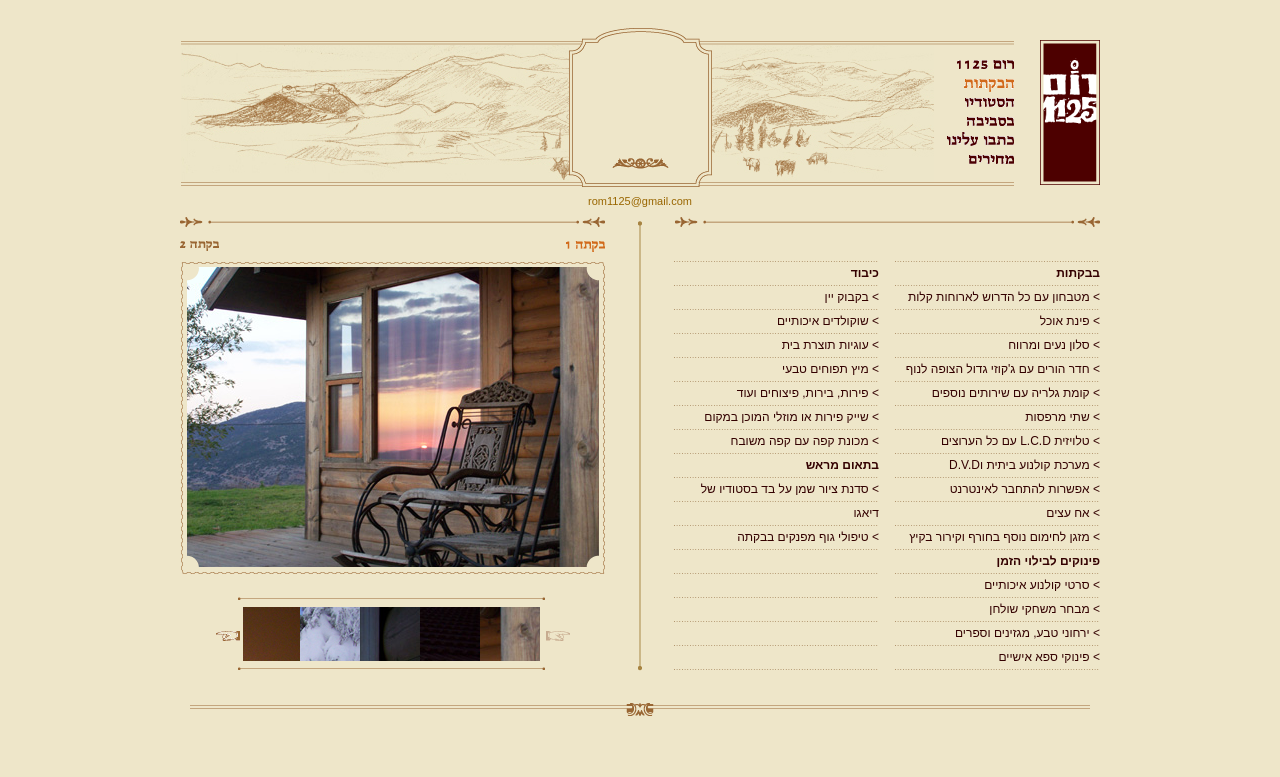
Repository: asafg/rom1125
Page: rom1125/WebContent/huts.html
An editor plug-in stored every save of this project. The page is shown before and after the next save, followed by the edit.
The browser window is 1280 px wide. The pictures show the whole page.

Above is the page before, as saved 2010-06-10 12:44:07.

### rom1125/WebContent/huts.html
<!DOCTYPE html PUBLIC "-//W3C//DTD XHTML 1.1//EN" "http://www.w3.org/TR/xhtml11/DTD/xhtml11.dtd">
<html xmlns="http://www.w3.org/1999/xhtml">

<head>
  <meta http-equiv="Content-Type" content="text/html; charset=utf-8"/>
  <title>רום 1125</title>
  <link rel="stylesheet" href="css/common.css" type="text/css" media="screen"/>
  <link rel="stylesheet" href="css/huts.css" type="text/css" media="screen"/>
  <script src="js/img_gal_cc_compressed.js" type="text/javascript"></script>
  <script type="text/javascript">
  function showHutGallery(hut) {
	  var otherHut = (hut == 1) ? 2 : 1;
	  $('hut' + hut).addClass('active');
	  $('hut' + otherHut).removeClass('active');
	  $('thumbnails_panel' + otherHut).setStyle('display', 'none');
	  $('slideshow' + otherHut).setStyle('display', 'none');
	  $('thumbnails_panel' + hut).setStyle('display', 'block');
	  $('slideshow' + hut).setStyle('display', 'block');
	  if (hut == 2 && hut2ImageGallery == null) {
		  initHut2Gallery();
	  }
  }

  function initHut2Gallery() {
	  hut2ImageGallery = new ImageGallery({
		slides: $$('#slideshow2 img'),
		thumbnails: $$('#thumbnails_wrapper2 img'),
		thumbnailsViewport: 'thumbnails2',
		thumbnailsContainer: 'thumbnails_wrapper2',
		nextThumbnailLink: 'left_arrow2',
		prevThumbnailLink: 'right_arrow2',
		nextThumbnailLinkClass: 'left_arrow',
		prevThumbnailLinkClass: 'right_arrow'});
  }
  </script>
</head>
<body>
<div id="main">
<!-- header -->
<div id="header">
<img id="logo" src="images/logo.png"/>
<div id="header_without_logo"><!-- The part of the header left of the logo -->
<div id="header_top"><img src="images/header_top.png"/></div>
<div id="toolbar_buttons">
<a id="home_link" href="index.html"><img src="images/blank.gif"/></a>
<img src="images/biktot_hl.gif"/>
<a id="studio_link" href="studio.html"><img src="images/blank.gif"/></a>
<a id="env_link" href="env.html"><img src="images/blank.gif"/></a>
<a id="media_link" href="media.html"><img src="images/blank.gif"/></a>
<a id="prices_link" href="prices.html"><img src="images/blank.gif"/></a>
</div><!-- toolbar_buttons -->
<div class="header_image"><img src="images/header_right.jpg"/></div>
<div class="header_image"><img src="images/header_middle.png"/></div>
<div class="header_image"><img src="images/header_left.jpg"/></div>
<div id="header_bottom"><img id="header_bottom_image" src="images/header_bottom.png"/></div>
</div><!-- header_without_logo-->
<div id="email_address_div">
<a href="mailto:rom1125@gmail.com" class="email_address">rom1125@gmail.com</a>
</div><!-- email_address_div -->
</div><!-- header -->
<!-- now for the separators -->
<div id="right_part">
<img src="images/top_horiz_sep.png" class="sep_image"/>
<div id="page_text" class="page_text">
<div id="right_col" class="text_column">
<b>בבקתות</b><br/>
&gt; מטבחון עם כל הדרוש לארוחות קלות<br/>
&gt; פינת אוכל<br/>
&gt; סלון נעים ומרווח<br/>
&gt; חדר הורים עם ג'קוזי גדול הצופה לנוף<br/>
&gt; קומת גלריה עם שירותים נוספים<br/>
&gt; שתי מרפסות<br/>
&gt; טלויזית L.C.D עם כל הערוצים<br/>
&gt; מערכת קולנוע ביתית וD.V.D<br/>
&gt; אפשרות להתחבר לאינטרנט<br/>
&gt; אח עצים<br/>
&gt; מזגן לחימום נוסף בחורף וקירור בקיץ<br/>
<b>פינוקים לבילוי הזמן</b><br/>
&gt; סרטי קולנוע איכותיים<br/>
&gt; מבחר משחקי שולחן<br/>
&gt; ירחוני טבע, מגזינים וספרים<br/>
&gt; פינוקי ספא אישיים<br/>
</div><!-- right_col -->
<div id="columns_spacer"></div>
<div id="left_col" class="text_column">
<b>כיבוד</b><br/>
&gt; בקבוק יין<br/>
&gt; שוקולדים איכותיים<br/>
&gt; עוגיות תוצרת בית<br/>
&gt; מיץ תפוחים טבעי<br/>
&gt; פירות, בירות, פיצוחים ועוד<br/>
&gt; שייק פירות או מוזלי המוכן במקום<br/>
&gt; מכונת קפה עם קפה משובח<br/>
<b>בתאום מראש</b><br/>
&gt; סדנת ציור שמן על בד בסטודיו של דיאגו<br/>
&gt; טיפולי גוף מפנקים בבקתה<br/>
</div><!-- left_col -->
</div><!-- page_text -->
</div><!-- right -->
<div id="vert_sep">
<img src="images/top_ball.png" class="sep_image"/>
<div id="vert_bar"></div>
<img src="images/bottom_ball.png" class="sep_image"/>
</div><!-- vert_sep -->
<div id="left_part">
<img src="images/top_horiz_sep.png" class="sep_image"/>
<div id="hut_links">
	<a href="#" id="hut1" onclick="showHutGallery(1)"><img src="images/blank.gif"/></a>
	<a href="#" id="hut2" onclick="showHutGallery(2)"><img src="images/blank.gif"/></a>
</div>
<div id="photo_frame"><div id="photo_frame_overlay"></div>
<div id="slideshow1">
<img src="images/photos/hut1_1.jpg" alt="השתקפות שקיעה על חלון בקתה 1" title="השתקפות שקיעה על חלון בקתה 1"/>
<img src="images/photos/hut1_2.jpg" alt="שקיעה עם וניל" title="שקיעה עם וניל"/>
<img src="images/photos/hut1_3.jpg" alt="נוף מהמרפסת - עיו קניה" title="נוף מהמרפסת - עיו קניה"/>
<img src="images/photos/hut1_4.jpg" alt="בשלג מכוון המדרגות" title="בשלג מכוון המדרגות"/>
<img src="images/photos/hut1_5.jpg" alt="המרפסת בשלג בלילה" title="המרפסת בשלג בלילה"/>
<img src="images/photos/hut1_6.jpg" alt="זריחה מיוחדת למקדימים להשכים" title="זריחה מיוחדת למקדימים להשכים"/>
<img src="images/photos/hut1_7.jpg" alt="הגפן ובקתה 1 ברקע" title="הגפן ובקתה 1 ברקע"/>
<img src="images/photos/hut1_8.jpg" alt="שקיעה משתקפת על החלון המערבי" title="שקיעה משתקפת על החלון המערבי"/>
<img src="images/photos/hut1_9.jpg" alt="ויטראז' ועץ בחלון" title="ויטראז' ועץ בחלון"/>
<img src="images/photos/hut1_10.jpg" alt="סלון בקתה 1" title="סלון בקתה 1"/>
<img src="images/photos/hut1_11.jpg" alt="הסלון מהאח" title="הסלון מהאח"/>
<img src="images/photos/hut1_12.jpg" alt="חדר שינה ועץ בחלון" title="חדר שינה ועץ בחלון"/>
<img src="images/photos/hut1_13.jpg" alt="מטבח עם קערת פרות" title="מטבח עם קערת פרות"/>
<img src="images/photos/hut1_14.jpg" alt="קערת דובדבנים ומוזלי ברקע הסלון" title="קערת דובדבנים ומוזלי ברקע הסלון"/>
<img src="images/photos/hut1_15.jpg" alt="סלון" title="סלון"/>
<img src="images/photos/hut1_16.jpg" alt="עציץ מלמטה" title="עציץ מלמטה"/>
<img src="images/photos/hut1_17.jpg" alt="קומה עליונה ועץ בחלון" title="קומה עליונה ועץ בחלון"/>
<img src="images/photos/hut1_18.jpg" alt="פינת ישיבה בקומה עליונה" title="פינת ישיבה בקומה עליונה"/>
<img src="images/photos/hut1_19.jpg" alt="נוף ירוק מחלון ג'קוזי 1" title="נוף ירוק מחלון ג'קוזי 1"/>
<img src="images/photos/hut1_20.jpg" alt="ג'קוזי וויטראז' בבקתה 1" title="ג'קוזי וויטראז' בבקתה 1"/>
<img src="images/photos/hut1_21.jpg" alt="בקתה בצללית" title="בקתה בצללית"/>
<img src="images/photos/hut1_22.jpg" alt="שני כיסאות לנוף בשלג" title="שני כיסאות לנוף בשלג"/>
</div><!-- slideshow1 -->
<div id="slideshow2">
<img src="images/photos/photo12.jpg"/>
<img src="images/photos/photo11.jpg"/>
<img src="images/photos/photo12.jpg"/>
<img src="images/photos/photo11.jpg"/>
<img src="images/photos/photo12.jpg"/>
<img src="images/photos/photo11.jpg"/>
</div><!-- slideshow2 -->
</div>
<div id="thumbnails_panel1">
<img id="upper_gallery_strip1" src="images/gallery_strip.png"/>
<div id="thumbnails_toolbar1">
<img id="right_arrow1" src="images/blank.gif" class="right_arrow"/>
<div id="thumbnails1">
<div id="thumbnails_wrapper1">
<div class="thumbnail"><img src="images/photos/hut1_1.jpg" alt="השתקפות שקיעה על חלון בקתה 1" title="השתקפות שקיעה על חלון בקתה 1"/></div>
<div class="thumbnail"><img src="images/photos/hut1_2.jpg" alt="שקיעה עם וניל" title="שקיעה עם וניל"/></div>
<div class="thumbnail"><img src="images/photos/hut1_3.jpg" alt="נוף מהמרפסת - עיו קניה" title="נוף מהמרפסת - עיו קניה"/></div>
<div class="thumbnail"><img src="images/photos/hut1_4.jpg" alt="בשלג מכוון המדרגות" title="בשלג מכוון המדרגות"/></div>
<div class="thumbnail"><img src="images/photos/hut1_5.jpg" alt="המרפסת בשלג בלילה" title="המרפסת בשלג בלילה"/></div>
<div class="thumbnail"><img src="images/photos/hut1_6.jpg" alt="זריחה מיוחדת למקדימים להשכים" title="זריחה מיוחדת למקדימים להשכים"/></div>
<div class="thumbnail"><img src="images/photos/hut1_7.jpg" alt="הגפן ובקתה 1 ברקע" title="הגפן ובקתה 1 ברקע"/></div>
<div class="thumbnail"><img src="images/photos/hut1_8.jpg" alt="שקיעה משתקפת על החלון המערבי" title="שקיעה משתקפת על החלון המערבי"/></div>
<div class="thumbnail"><img src="images/photos/hut1_9.jpg" alt="ויטראז' ועץ בחלון" title="ויטראז' ועץ בחלון"/></div>
<div class="thumbnail"><img src="images/photos/hut1_10.jpg" alt="סלון בקתה 1" title="סלון בקתה 1"/></div>
<div class="thumbnail"><img src="images/photos/hut1_11.jpg" alt="הסלון מהאח" title="הסלון מהאח"/></div>
<div class="thumbnail"><img src="images/photos/hut1_12.jpg" alt="חדר שינה ועץ בחלון" title="חדר שינה ועץ בחלון"/></div>
<div class="thumbnail"><img src="images/photos/hut1_13.jpg" alt="מטבח עם קערת פרות" title="מטבח עם קערת פרות"/></div>
<div class="thumbnail"><img src="images/photos/hut1_14.jpg" alt="קערת דובדבנים ומוזלי ברקע הסלון" title="קערת דובדבנים ומוזלי ברקע הסלון"/></div>
<div class="thumbnail"><img src="images/photos/hut1_15.jpg" alt="סלון" title="סלון"/></div>
<div class="thumbnail"><img src="images/photos/hut1_16.jpg" alt="עציץ מלמטה" title="עציץ מלמטה"/></div>
<div class="thumbnail"><img src="images/photos/hut1_17.jpg" alt="קומה עליונה ועץ בחלון" title="קומה עליונה ועץ בחלון"/></div>
<div class="thumbnail"><img src="images/photos/hut1_18.jpg" alt="פינת ישיבה בקומה עליונה" title="פינת ישיבה בקומה עליונה"/></div>
<div class="thumbnail"><img src="images/photos/hut1_19.jpg" alt="נוף ירוק מחלון ג'קוזי 1" title="נוף ירוק מחלון ג'קוזי 1"/></div>
<div class="thumbnail"><img src="images/photos/hut1_20.jpg" alt="ג'קוזי וויטראז' בבקתה 1" title="ג'קוזי וויטראז' בבקתה 1"/></div>
<div class="thumbnail"><img src="images/photos/hut1_21.jpg" alt="בקתה בצללית" title="בקתה בצללית"/></div>
<div class="thumbnail"><img src="images/photos/hut1_22.jpg" alt="שני כיסאות לנוף בשלג" title="שני כיסאות לנוף בשלג"/></div>

</div><!-- thumbnails_wrapper1 -->
</div><!-- thumbnails1 -->
<img id="left_arrow1" src="images/blank.gif" class="left_arrow"/>
</div><!-- thumbnails_toolbar1 -->
<img id="lower_gallery_strip1" src="images/gallery_strip.png"/>
</div><!-- thumbnails_panel1 -->
<div id="thumbnails_panel2">
<img id="upper_gallery_strip2" src="images/gallery_strip.png"/>
<div id="thumbnails_toolbar2">
<img id="right_arrow2" src="images/blank.gif" class="right_arrow"/>
<div id="thumbnails2">
<div id="thumbnails_wrapper2">
<div class="thumbnail"><img src="images/photos/photo5_small.jpg" class="thumbnail"/></div>
<div class="thumbnail"><img src="images/photos/photo5_small.jpg" class="thumbnail"/></div>
<div class="thumbnail"><img src="images/photos/photo5_small.jpg" class="thumbnail"/></div>
<div class="thumbnail"><img src="images/photos/photo5_small.jpg" class="thumbnail"/></div>
<div class="thumbnail"><img src="images/photos/photo5_small.jpg" class="thumbnail"/></div>
<div class="thumbnail"><img src="images/photos/photo6_small.jpg" class="thumbnail"/></div>
<div class="thumbnail"><img src="images/photos/photo6_small.jpg" class="thumbnail"/></div>
</div><!-- thumbnails_wrapper -->
</div><!-- thumbnails -->
<img id="left_arrow2" src="images/blank.gif" class="left_arrow"/>
</div><!-- thumbnails_toolbar2 -->
<img id="lower_gallery_strip2" src="images/gallery_strip.png"/>
</div><!-- thumbnails_panel2 -->
</div><!-- left -->
<div id="footer">
<img src="images/footer_sep.png" class="sep_image"/>
</div><!-- footer -->
</div><!-- main -->
<script type="text/javascript">
var hut1ImageGallery = new ImageGallery({
	slides: $$('#slideshow1 img'),
	thumbnails: $$('#thumbnails_wrapper1 img'),
	thumbnailsViewport: 'thumbnails1',
	thumbnailsContainer: 'thumbnails_wrapper1',
	nextThumbnailLink: 'left_arrow1',
	prevThumbnailLink: 'right_arrow1',
	nextThumbnailLinkClass: 'left_arrow',
	prevThumbnailLinkClass: 'right_arrow'
});

var hut2ImageGallery = null;

showHutGallery(1);
</script>
</body>
</html>

### rom1125/WebContent/css/common.css
body
{
	background-color: #EEE6C9;
	margin: 0px;
	padding: 0px;
}

#main
{
	width: 1000px;
	height: 750px;
	direction: rtl;
	margin-left: auto;
   	margin-right: auto;
}

/* beginning of header definitions */

#header
{
	margin-top: 27px;
}

#logo
{
	width: 60px;
	margin-top: 13px;
	margin-right: 40px;
	float: right;
}

#header_without_logo
{
	margin-right: 26px;
	margin-top: 1px;
	padding: 0px;
	width: 834px;
	float: right;
}

#header_top
{
	margin: 0px;
	padding: 0px;
	height: 17px;
	float: right;
	display: block;
}

#header_bottom
{
	margin: 0px;
	padding: 0px;
	height: 5px;
	float: right;
	display: block;
}

#header_bottom_image
{
	margin: 0px;
	padding: 0px;
	vertical-align: top;
}

.header_image
{
	margin: 0px;
	padding: 0px;
	height: 137px;
	float: right;
	display: block;
}

#toolbar_buttons
{
	margin-top: 11px;
	margin-left: 13px;
	float: right;
}

#toolbar_buttons img
{
	margin: 0px 0px 2px 0px; width: 67px; height: 17px; padding: 0px; display: block; border-width: 0px;
}

/*toolbar buttons images are set as background images in order to allow rollover effect using css (no javascript) */
#toolbar_buttons a#home_link   img {background: url("../images/rom.gif") top left no-repeat;}
#toolbar_buttons a#huts_link   img {background: url("../images/biktot.gif") top left no-repeat;}
#toolbar_buttons a#studio_link img {background: url("../images/studio.gif") top left no-repeat;}
#toolbar_buttons a#env_link    img {background: url("../images/sviva.gif") top left no-repeat;}
#toolbar_buttons a#media_link  img {background: url("../images/katvu.gif") top left no-repeat;}
#toolbar_buttons a#prices_link img {background: url("../images/mehirim.gif") top left no-repeat;}

#toolbar_buttons a#home_link:hover   img {background: url("../images/rom_hl.gif") top left no-repeat;}
#toolbar_buttons a#huts_link:hover   img {background: url("../images/biktot_hl.gif") top left no-repeat;}
#toolbar_buttons a#studio_link:hover img {background: url("../images/studio_hl.gif") top left no-repeat;}
#toolbar_buttons a#env_link:hover    img {background: url("../images/sviva_hl.gif") top left no-repeat;}
#toolbar_buttons a#media_link:hover  img {background: url("../images/katvu_hl.gif") top left no-repeat;}
#toolbar_buttons a#prices_link:hover img {background: url("../images/mehirim_hl.gif") top left no-repeat;}

#email_address_div
{
	padding-top: 8px;
	margin-left: auto;
    margin-right: auto;
	font-family: arial, sans-serif;
	font-size: 11px;
	display: block;
	text-align: center;
	clear: both;
}

a.email_address:link, a.email_address:active, a.email_address:focus, a.email_address:visited
{
	color: #996600;
	text-decoration: none;
}

a.email_address:hover
{
	color: #CC6600;
	text-decoration: none;
}

/* end of header definitions */

#right_part
{
	width: 425px;
	margin-top: 10px;
	margin-right: 40px;
	float: right;
}

#vert_sep
{
	float: right;
	margin: 14px 33px 0px 33px;
	padding: 0px;
}

#vert_bar
{
	width: 2px;
	height: 440px;
	margin: 0 1px 0 1px;
	background-color: #cbb787;
}

#left_part
{
	width: 425px;
	margin-top: 10px;
	margin-left: 0px;
	float: right;
}

.sep_image
{
	padding: 0;
	display: block;
}

#footer
{
	margin: 0px 50px 0px 50px;
	float: none;
	clear: both;
}

### rom1125/WebContent/css/huts.css
.page_text
{
	float: right;
	width: 426px;
	margin-top: 34px;
	line-height: 200%;
	font-family: arial;
	font-size: 12px;
	color: #330000;
	border: 0px solid red;
}

.text_column
{
	background-image: url("../images/dashed_line.png");
	background-repeat:repeat-y;
	float: right;
	width: 205px;
	height: 409px;
	border: 0px solid black;
}

#columns_spacer
{
	float: right;
	width: 16px;
	height: 409px;
	border: 0px solid green;
}

#hut_links a img {width: 39px; height: 11px; margin: 0px; display: block; border-width: 0px;}

#hut_links
{
	margin-top: 14px;
}

#hut_links a#hut1 img
{
	background: url("../images/hut1.png") top left no-repeat;
	float: right;
}

#hut_links a#hut2 img
{
	background: url("../images/hut2.png") top left no-repeat;
	float: left;
}

#hut_links a#hut1:hover img {background: url("../images/hut1_hl.png") top left no-repeat;}

#hut_links a#hut2:hover img {background: url("../images/hut2_hl.png") top left no-repeat;}

#hut_links a#hut1.active img {background: url("../images/hut1_hl.png") top left no-repeat;}

#hut_links a#hut2.active img {background: url("../images/hut2_hl.png") top left no-repeat;}

#footer
{
	padding-top: 32px;
}

/* image gallery */
#photo_frame
{
	position: relative;
	margin-top: 34px;
	width: 425px;
	height: 313px;
	overflow: hidden;
}

#photo_frame img
{
	padding: 6px 6px 0px 0px;
}

#photo_frame_overlay
{
	position:absolute; top:0; left:0; width: 100%; height: 100%; z-index:998;
	background: url("../images/frame_big.png") no-repeat center;
}

/* hide the slide show of the second hut */
#thumbnails_panel2, #slideshow2
{
	display: none;
}

#thumbnails_panel1, #thumbnails_panel2
{
	margin-top: 11px;
	width: 354px;
}

#upper_gallery_strip1, #upper_gallery_strip2
{
	margin: 12px 60px 7px 0px;
	float: right;
}

#lower_gallery_strip1, #lower_gallery_strip2
{
	margin: 6px 60px 0px 0px;
	float: right;
}

#thumbnails_toolbar1, #thumbnails_toolbar2
{
	margin-right: 35px;
	width: 354px;
}

#right_arrow1, #right_arrow2
{
	width: 24px;
	height: 11px;
	margin: 24px 0px 0px 3px;
	vertical-align: middle;
	clear: both;
	float: right;
	display: block;
	border: 0px;
}

img.right_arrow
{
	background: url("../images/right_arrow.gif") top left no-repeat;
}

img.right_arrow:hover
{
	background: url("../images/right_arrow_hl.gif") top left no-repeat;
}

img.right_arrow_disabled
{
	background: url("../images/right_arrow_da.png") top left no-repeat;
}

#left_arrow1, #left_arrow2
{
	width: 24px;
	height: 11px;
	margin: 24px 3px 0px 0px;
	float: right;
	border: 0px;
}

img.left_arrow
{
	background: url("../images/left_arrow.gif") top left no-repeat;
}

img.left_arrow:hover
{
	background: url("../images/left_arrow_hl.gif") top left no-repeat;
}

img.left_arrow_disabled
{
	background: url("../images/left_arrow_da.png") top left no-repeat;
}

#thumbnails1, #thumbnails2
{
	position: relative;
	width: 300px;
	height: 54px;
	float: right;
	overflow: hidden;
}

#thumbnails_wrapper1, #thumbnails_wrapper2
{
	position: absolute;
	width: 420px;
	height: 54px;
	/*float: right;*/
}

.thumbnail
{
	background: url("../images/frame_small.png") no-repeat center;
	margin-left: 3px;
	margin-right: 3px;
	width: 54px;
	height: 54px;
	float: right;
}

div.thumbnail:hover
{
	background: url("../images/frame_small_hl.png") no-repeat center;
	margin-left: 3px;
	margin-right: 3px;
	width: 54px;
	height: 54px;
	float: right;
}

img.thumbnail
{
	margin: 4px 4px auto;
	width: 46px;
	height: 46px;
	border: 1px black;
}
/* end of image gallery */

Loaded but not shown: rom1125/WebContent/js/img_gal_cc_compressed.js (library)

After the next save:
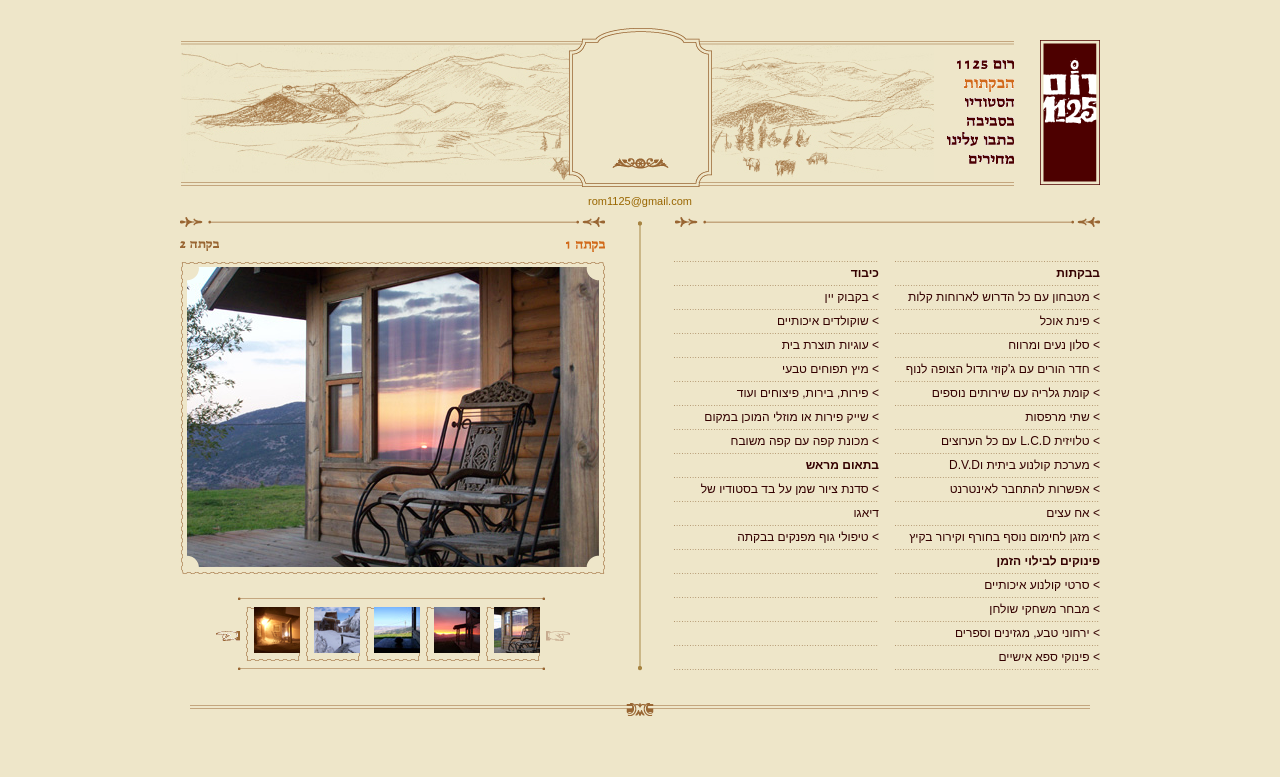
Saved 45 s later.
--- a/rom1125/WebContent/huts.html
+++ b/rom1125/WebContent/huts.html
@@ -148,28 +148,28 @@
 <img id="right_arrow1" src="images/blank.gif" class="right_arrow"/>
 <div id="thumbnails1">
 <div id="thumbnails_wrapper1">
-<div class="thumbnail"><img src="images/photos/hut1_1.jpg" alt="השתקפות שקיעה על חלון בקתה 1" title="השתקפות שקיעה על חלון בקתה 1"/></div>
-<div class="thumbnail"><img src="images/photos/hut1_2.jpg" alt="שקיעה עם וניל" title="שקיעה עם וניל"/></div>
-<div class="thumbnail"><img src="images/photos/hut1_3.jpg" alt="נוף מהמרפסת - עיו קניה" title="נוף מהמרפסת - עיו קניה"/></div>
-<div class="thumbnail"><img src="images/photos/hut1_4.jpg" alt="בשלג מכוון המדרגות" title="בשלג מכוון המדרגות"/></div>
-<div class="thumbnail"><img src="images/photos/hut1_5.jpg" alt="המרפסת בשלג בלילה" title="המרפסת בשלג בלילה"/></div>
-<div class="thumbnail"><img src="images/photos/hut1_6.jpg" alt="זריחה מיוחדת למקדימים להשכים" title="זריחה מיוחדת למקדימים להשכים"/></div>
-<div class="thumbnail"><img src="images/photos/hut1_7.jpg" alt="הגפן ובקתה 1 ברקע" title="הגפן ובקתה 1 ברקע"/></div>
-<div class="thumbnail"><img src="images/photos/hut1_8.jpg" alt="שקיעה משתקפת על החלון המערבי" title="שקיעה משתקפת על החלון המערבי"/></div>
-<div class="thumbnail"><img src="images/photos/hut1_9.jpg" alt="ויטראז' ועץ בחלון" title="ויטראז' ועץ בחלון"/></div>
-<div class="thumbnail"><img src="images/photos/hut1_10.jpg" alt="סלון בקתה 1" title="סלון בקתה 1"/></div>
-<div class="thumbnail"><img src="images/photos/hut1_11.jpg" alt="הסלון מהאח" title="הסלון מהאח"/></div>
-<div class="thumbnail"><img src="images/photos/hut1_12.jpg" alt="חדר שינה ועץ בחלון" title="חדר שינה ועץ בחלון"/></div>
-<div class="thumbnail"><img src="images/photos/hut1_13.jpg" alt="מטבח עם קערת פרות" title="מטבח עם קערת פרות"/></div>
-<div class="thumbnail"><img src="images/photos/hut1_14.jpg" alt="קערת דובדבנים ומוזלי ברקע הסלון" title="קערת דובדבנים ומוזלי ברקע הסלון"/></div>
-<div class="thumbnail"><img src="images/photos/hut1_15.jpg" alt="סלון" title="סלון"/></div>
-<div class="thumbnail"><img src="images/photos/hut1_16.jpg" alt="עציץ מלמטה" title="עציץ מלמטה"/></div>
-<div class="thumbnail"><img src="images/photos/hut1_17.jpg" alt="קומה עליונה ועץ בחלון" title="קומה עליונה ועץ בחלון"/></div>
-<div class="thumbnail"><img src="images/photos/hut1_18.jpg" alt="פינת ישיבה בקומה עליונה" title="פינת ישיבה בקומה עליונה"/></div>
-<div class="thumbnail"><img src="images/photos/hut1_19.jpg" alt="נוף ירוק מחלון ג'קוזי 1" title="נוף ירוק מחלון ג'קוזי 1"/></div>
-<div class="thumbnail"><img src="images/photos/hut1_20.jpg" alt="ג'קוזי וויטראז' בבקתה 1" title="ג'קוזי וויטראז' בבקתה 1"/></div>
-<div class="thumbnail"><img src="images/photos/hut1_21.jpg" alt="בקתה בצללית" title="בקתה בצללית"/></div>
-<div class="thumbnail"><img src="images/photos/hut1_22.jpg" alt="שני כיסאות לנוף בשלג" title="שני כיסאות לנוף בשלג"/></div>
+<div class="thumbnail"><img src="images/thumbs/hut1_1.jpg" alt="השתקפות שקיעה על חלון בקתה 1" title="השתקפות שקיעה על חלון בקתה 1"/></div>
+<div class="thumbnail"><img src="images/thumbs/hut1_2.jpg" alt="שקיעה עם וניל" title="שקיעה עם וניל"/></div>
+<div class="thumbnail"><img src="images/thumbs/hut1_3.jpg" alt="נוף מהמרפסת - עיו קניה" title="נוף מהמרפסת - עיו קניה"/></div>
+<div class="thumbnail"><img src="images/thumbs/hut1_4.jpg" alt="בשלג מכוון המדרגות" title="בשלג מכוון המדרגות"/></div>
+<div class="thumbnail"><img src="images/thumbs/hut1_5.jpg" alt="המרפסת בשלג בלילה" title="המרפסת בשלג בלילה"/></div>
+<div class="thumbnail"><img src="images/thumbs/hut1_6.jpg" alt="זריחה מיוחדת למקדימים להשכים" title="זריחה מיוחדת למקדימים להשכים"/></div>
+<div class="thumbnail"><img src="images/thumbs/hut1_7.jpg" alt="הגפן ובקתה 1 ברקע" title="הגפן ובקתה 1 ברקע"/></div>
+<div class="thumbnail"><img src="images/thumbs/hut1_8.jpg" alt="שקיעה משתקפת על החלון המערבי" title="שקיעה משתקפת על החלון המערבי"/></div>
+<div class="thumbnail"><img src="images/thumbs/hut1_9.jpg" alt="ויטראז' ועץ בחלון" title="ויטראז' ועץ בחלון"/></div>
+<div class="thumbnail"><img src="images/thumbs/hut1_10.jpg" alt="סלון בקתה 1" title="סלון בקתה 1"/></div>
+<div class="thumbnail"><img src="images/thumbs/hut1_11.jpg" alt="הסלון מהאח" title="הסלון מהאח"/></div>
+<div class="thumbnail"><img src="images/thumbs/hut1_12.jpg" alt="חדר שינה ועץ בחלון" title="חדר שינה ועץ בחלון"/></div>
+<div class="thumbnail"><img src="images/thumbs/hut1_13.jpg" alt="מטבח עם קערת פרות" title="מטבח עם קערת פרות"/></div>
+<div class="thumbnail"><img src="images/thumbs/hut1_14.jpg" alt="קערת דובדבנים ומוזלי ברקע הסלון" title="קערת דובדבנים ומוזלי ברקע הסלון"/></div>
+<div class="thumbnail"><img src="images/thumbs/hut1_15.jpg" alt="סלון" title="סלון"/></div>
+<div class="thumbnail"><img src="images/thumbs/hut1_16.jpg" alt="עציץ מלמטה" title="עציץ מלמטה"/></div>
+<div class="thumbnail"><img src="images/thumbs/hut1_17.jpg" alt="קומה עליונה ועץ בחלון" title="קומה עליונה ועץ בחלון"/></div>
+<div class="thumbnail"><img src="images/thumbs/hut1_18.jpg" alt="פינת ישיבה בקומה עליונה" title="פינת ישיבה בקומה עליונה"/></div>
+<div class="thumbnail"><img src="images/thumbs/hut1_19.jpg" alt="נוף ירוק מחלון ג'קוזי 1" title="נוף ירוק מחלון ג'קוזי 1"/></div>
+<div class="thumbnail"><img src="images/thumbs/hut1_20.jpg" alt="ג'קוזי וויטראז' בבקתה 1" title="ג'קוזי וויטראז' בבקתה 1"/></div>
+<div class="thumbnail"><img src="images/thumbs/hut1_21.jpg" alt="בקתה בצללית" title="בקתה בצללית"/></div>
+<div class="thumbnail"><img src="images/thumbs/hut1_22.jpg" alt="שני כיסאות לנוף בשלג" title="שני כיסאות לנוף בשלג"/></div>
 
 </div><!-- thumbnails_wrapper1 -->
 </div><!-- thumbnails1 -->
